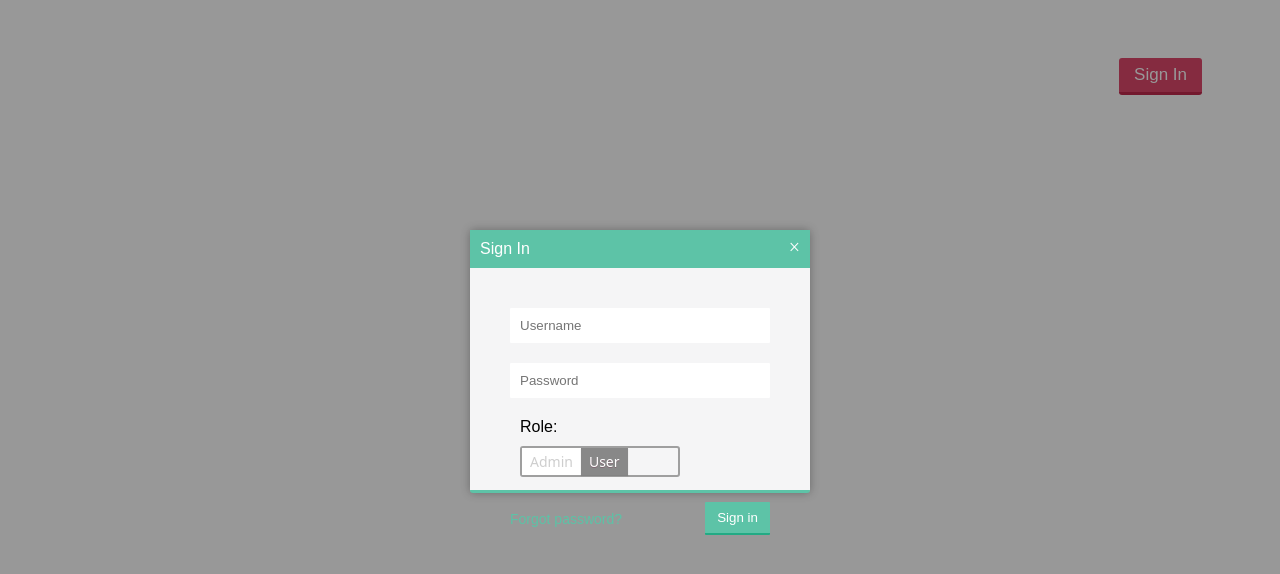
Repository: Mainak-Deb/EmployeeApprisalApp
Page: http://localhost/EmployeeApprisalForm/
An editor plug-in stored every save of this project. The page is shown before and after the next save, followed by the edit.
The browser window is 1280 px wide. The pictures show the whole page.
The page is served by Tomcat 9. Other server files are loaded and not shown.

Above is the page before, as saved 2023-06-16 06:24:32.

### EmployeeApprisalForm/src/main/webapp/WEB-INF/views/index.jsp
<%@ page language="java" contentType="text/html; charset=ISO-8859-1"
    pageEncoding="ISO-8859-1"%>
<!DOCTYPE html>
<html>
<head>
<meta charset="ISO-8859-1">
<title>Insert title here</title>
<link rel="stylesheet" href="public/styles/index.css" />
</head>
<body>
<span class="button">Sign In</span>
<div class="modal-bg">
<div id="modal">
	<span>Sign In<a href="#close" id="close">&#215;</a></span>
	<form>
		<input id="username" name="username" type="textbox" placeholder="Username" required>
		<input id="password" name="password" type="password" placeholder="Password" required>
		<div>
	         <label for="gender">Role:</label> <br>
	         <div class="radio">
				<input label="Admin" type="radio" id="admin" name="role" value="admin">
				<input label="User" type="radio" id="user" name="role" value="user" checked>
			</div>
		</div>
		<a id="forgot-link" href="#">Forgot password?</a>
		<button name="submit" id="submit" type="submit">Sign in</button>
	</form>
</div>
</div>
<script src="https://code.jquery.com/jquery-3.6.0.min.js"></script>
<script type="text/javascript">
$('.button').click(function(){
	  $('#modal').css('display','block');
	  $('.modal-bg').fadeIn();
});

	$('#close').click(function(){
		  $('.modal-bg').fadeOut();
		  $('#modal').fadeOut();
	  return false;
	});
</script>
</body>
</html>

### EmployeeApprisalForm/src/main/webapp/public/styles/index.css
@charset "ISO-8859-1";
body{
 /* background-color:#292B2C;*/
 font-family: 'PT Sans', sans-serif;
}
a{
	outline: 0;
	text-decoration: none;
}
.modal-bg{
	position:fixed;
	left:0;right:0;
	top:0;bottom:0;
	z-index:100;
	background-color:rgba(50,50,50,0.5);
}

.button{
	position:relative;
	font-size:17px;
	background:#DA244F;
	border-radius: 3px;
	border-bottom: 3px solid #B5002A;
	padding:7px 15px;
	color:#fff;
	cursor:pointer;
	float:right;
	margin:50px 70px;
 	-webkit-transition:margin 100ms;
	-moz-transition:margin 100ms;
	transition:margin 100ms ;
}
.button:active{
   margin: 53px 70px;
}
.button:hover{
	background:#C40532;
}
form{
	display:block;
	margin:30px;
  padding:px;
}
form *{
	margin:10px;
}
input:focus{
  outline:0;
}
input{
	width:240px;
	padding:10px;
	border:none;
	border-radius:1px;
}
button{
	float: right;
	padding: 8px 12px;
	margin-top: 15px;
	background: #5DC3A7;
	border: none;
	color: #fff;
	border-bottom: 2px solid #23AA84;
	border-radius: 1px;
	cursor: pointer;
}
button:active{
	margin: 18px 10px;
}
button:hover{
	background-color: #0FC491;
}
#forgot-link{
	font-size: 14px;
	line-height: 45px;
	color: #5DC3A7;
	display: inline-block;
}
#forgot-link:hover{
	color: #23AA84;
}
#modal{
	position:absolute;
	background-color:#F5F5F6;
	top:50%;
	left:50%;
	z-index:101;
	border-radius:3px;
	width:340px;
	height:260px;
	margin-top:-130px;
	margin-left:-170px;
	border-bottom: 3px solid #5DC3A7;
	box-shadow:0 0 10px 0 rgba(0,0,0,0.3);
}

#modal span{
	display: block;
	background:#5DC3A7;
	padding: 10px;
	color:#fff;
}
#close{
	float: right;
	color: #fff;
  margin-top:-4px;
	font-family: serif;
	font-size: 20px;
}
#close:hover{
	color:gray;
}


.radio {
	border-radius: 3px;
	border: 2px solid #2b2b2b6d;
	display:flex;
	flex-direction:row;
	width:60%;
}

.radio input {
	width: auto;
	height: auto;
	margin:0px;
	margin-bottom:0px;
	-webkit-appearance: none;
	-moz-appearance: none;
	appearance: none;
	outline: none;
	cursor: pointer;
	border-radius:0px;
	padding: 4px 8px;
	background-color: rgba(255,255,255);
	color: #bdbdbdbd;
	font-size: 14px;
	font-family: system-ui, -apple-system, BlinkMacSystemFont, "Segoe UI", Roboto,
		"Helvetica Neue", Arial, "Noto Sans", sans-serif, "Apple Color Emoji",
		"Segoe UI Emoji", "Segoe UI Symbol", "Noto Color Emoji";
	transition: all 100ms linear;

}

.radio input:checked {
	background-color: rgba(0, 0, 0, 0.447);
	color: #fff;
	box-shadow: 0 1px 1px #0000002e;
	text-shadow: 0 1px 0px #79485f7a;
}

.radio input:before {
	content: attr(label);
	display: inline-block;
	text-align: center;
	width: 100%;
}

After the next save:
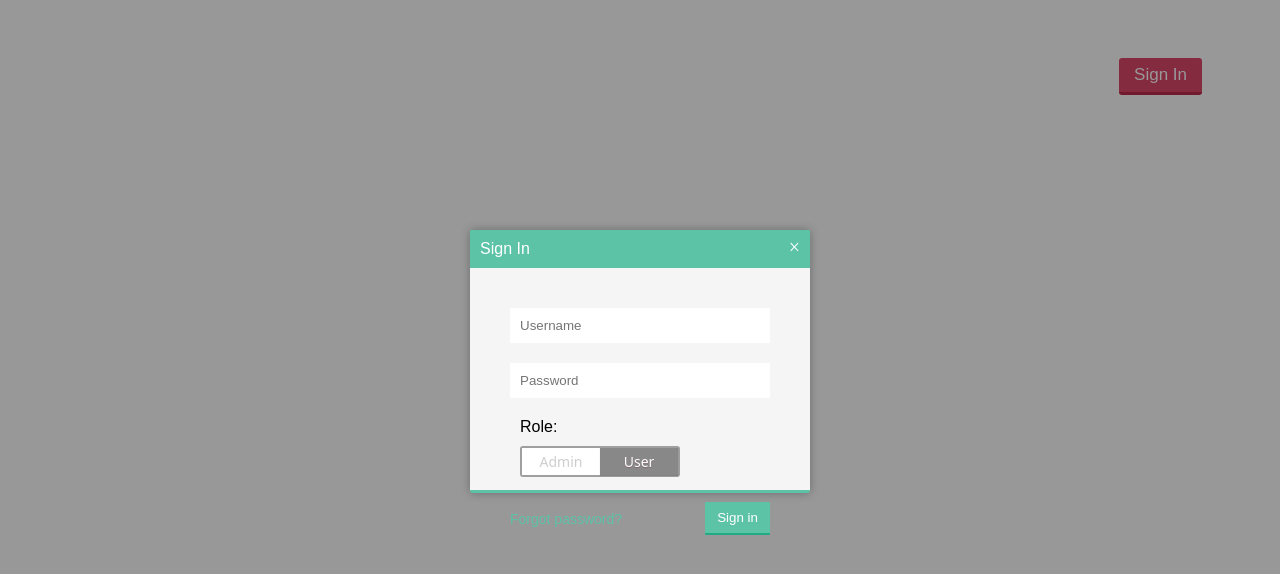
Saved 48 s later.
--- a/EmployeeApprisalForm/src/main/webapp/public/styles/index.css
+++ b/EmployeeApprisalForm/src/main/webapp/public/styles/index.css
@@ -121,7 +121,7 @@ button:hover{
 }
 
 .radio input {
-	width: auto;
+	width: 50%;
 	height: auto;
 	margin:0px;
 	margin-bottom:0px;
